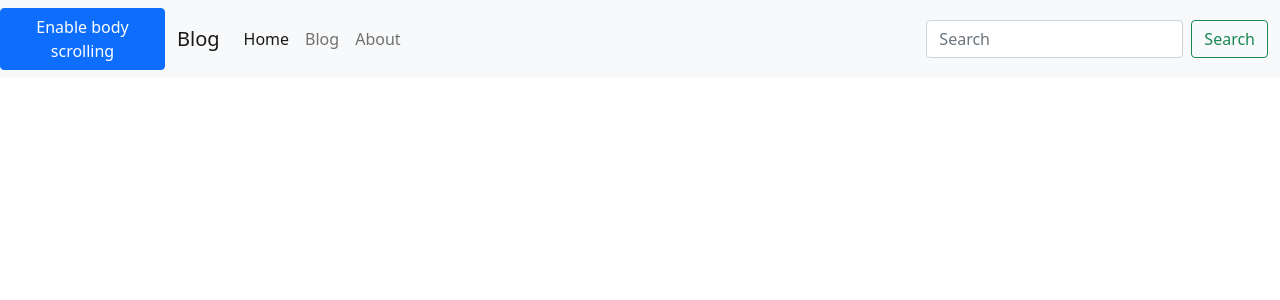
Repository: syni18/bootstrap_blog
Page: index.html
The author's editor kept a copy of each file at every save. The page is drawn from the files as they stood at one save, then again after the next save.
The browser window is 1280 px wide. The pictures show the whole page.

Above is the page before, as saved 2023-10-25 20:36:58.

After the next save:
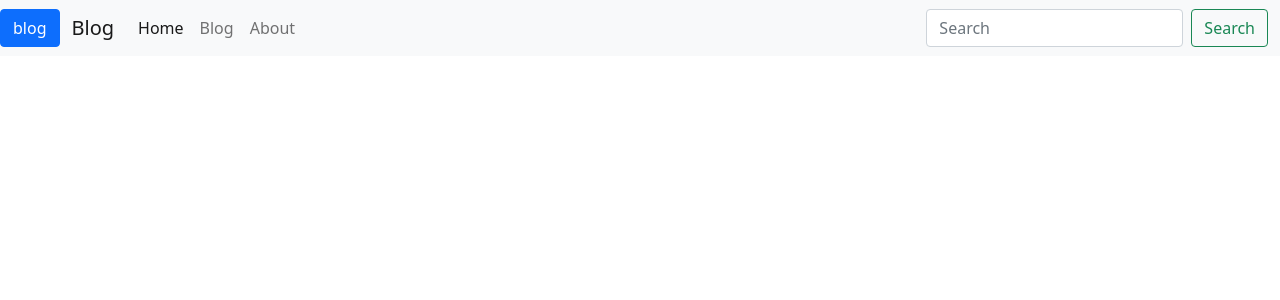
Saved 17 s later.
--- a/index.html
+++ b/index.html
@@ -25,7 +25,7 @@
         data-bs-target="#offcanvasScrolling"
         aria-controls="offcanvasScrolling"
       >
-        Enable body scrolling
+        blog
       </button>
 
       <div
